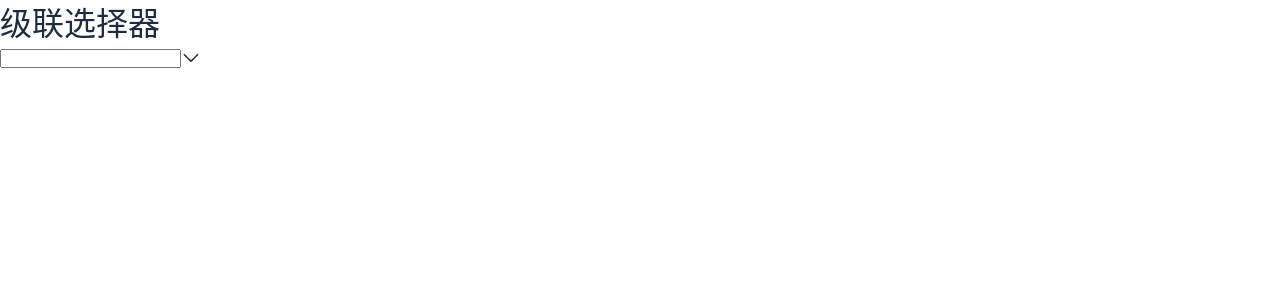
Repository: huming3272/Smile-UI
Page: /
The author's editor kept a copy of each file at every save. The page is drawn from the files as they stood at one save, then again after a run of saves.
The browser window is 1280 px wide. The pictures show the whole page.
The project was rebuilt for these pictures with package versions that can differ from the ones it lists, and the page was loaded fresh each time. Also part of the build but not shown: src/lib/gulu.scss, src/lib/svg.js, src/components/Topnav.vue, src/views/Home.vue, src/lib/Breadcrumb.vue, src/views/Doc.vue, src/lib/Switch.vue, src/components/Switch/Switch1.demo.vue and 18 more. Imported but missing from the stored project, and not drawn on this page: src/lib/Tabs.vue, src/lib/openDialog.

Above is the page before, as saved 2022-06-05 19:11:26.

After the next 2 saves:
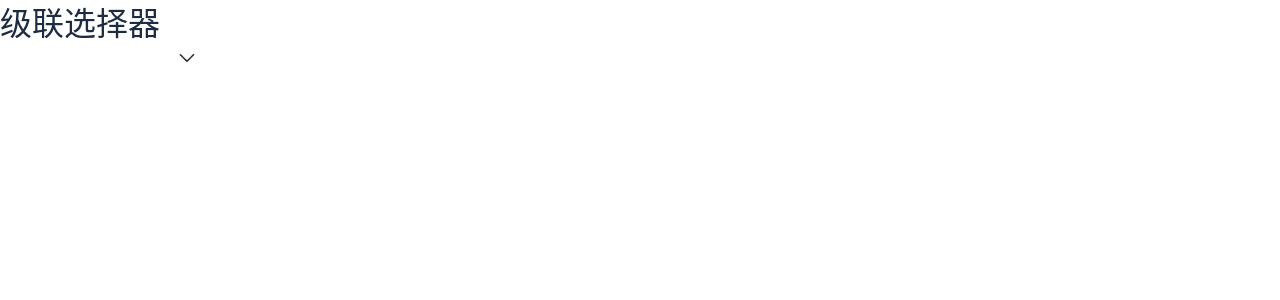
The 2 saves are shown as one change because they came seconds apart.
The last was saved 23 s later.
--- a/src/lib/Cascader.vue
+++ b/src/lib/Cascader.vue
@@ -131,6 +131,9 @@ export default {
   .inputWrapper{
     display: flex;
     align-items: center;
+    input{
+      border: none;
+    }
      .arrow{
       transition: all 0.5s;
       transform: rotate(0deg);
